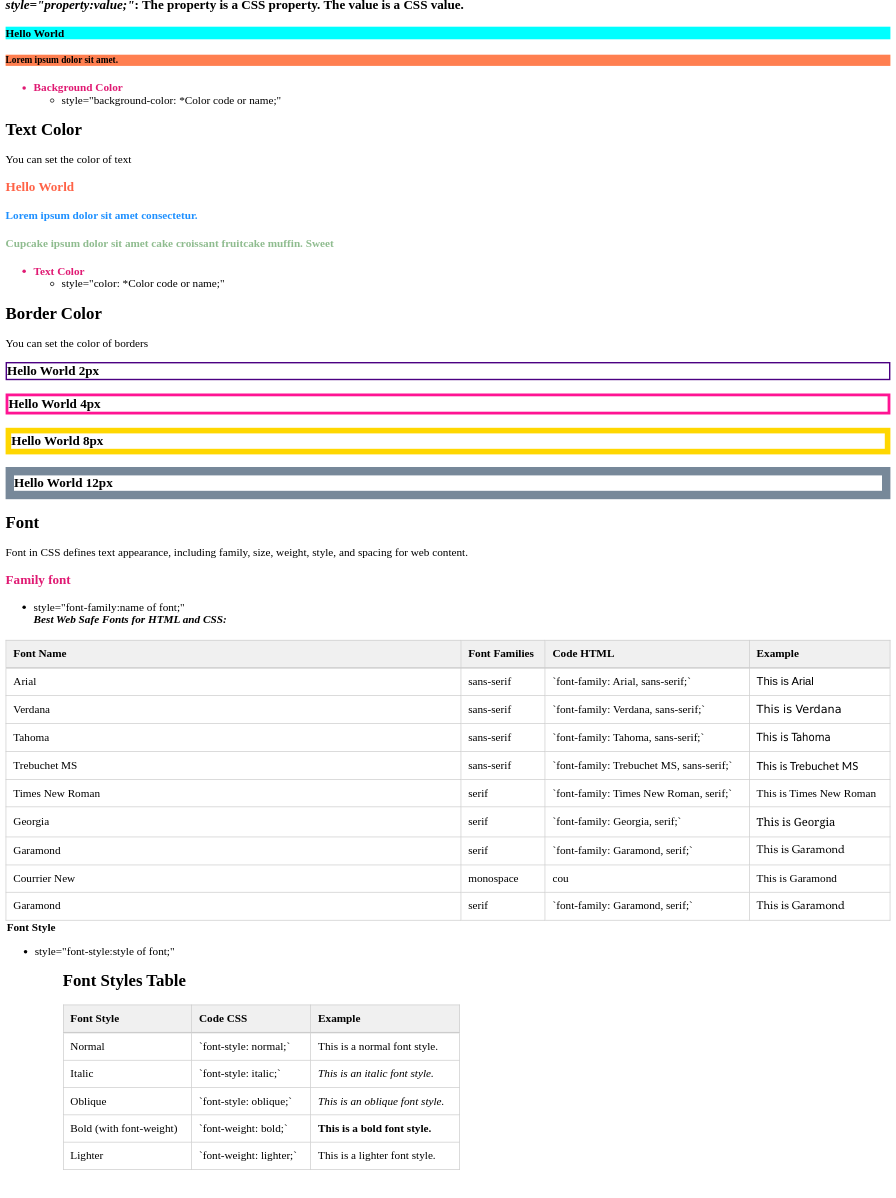
Repository: AnnaSpirit/2025_
Page: Bases/OK/HTML_Text_Formatting.html
These files come from the project's save history. The page is drawn as it stood at one moment and after a run of saves; the edit follows.
The browser window is 1280 px wide. The pictures show the part of the page from y = 2293 to 4213 px (the page is 4005 px tall before and 4213 px after), at 70% of full size.

Above is the page before, as saved 2025-01-09 16:25:56.

### Bases/OK/HTML_Text_Formatting.html
<!DOCTYPE html>
<html lang="en">

<head>
    <meta charset="UTF-8">
    <meta name="viewport" content="width=device-width, initial-scale=1.0">
    <title>HTML Text Formatting</title>
    <a href="HTML_Colors.html"></a>
</head>

<body>
    <h1>HTML contains several elements for defining text with a special meaning.</h1>
    <a href="HTML_Colors.html">
        <h2>Go Back: HTML_Colors</h2></a>
    <p>
    <ul>
        <li style="color:red;"> b< - >Bold text &#61 Strong;
            <ul>
                <li style="color:black;"><b>Bold</b> text</li>
            </ul>
        </li><br>
        <li style="color:red;"> strong< - >Important text &#61 Bold
            <ul>
                <li style="color:black;"><strong>Important</strong> text</li>
            </ul>
        </li><br>
        <li style="color:red;"> i< - >Italic text &#61 Emphasized
            <ul>
                <li style="color:black;"><i>Italic</i> text</li>
            </ul>
        </li><br>

        <li style="color:red;">em< - >Emphasized text &#61 Italic
            <ul>
                <li style="color:black;"><em>Emphasized</em> text</li>
            </ul>
        </li><br>
        <li style="color:red;"> u< - >Underlined text &#61 Inserted
            <ul>
                <li style="color:black;"><u>Underlined</u> text</li>
            </ul><br>
        <li style="color:red;">ins< - >Inserted text &#61 Underlined
            <ul>
                <li style="color:black;"><ins>Inserted</ins> text</li>
            </ul><br>
        <li style="color:red;">small< - >Smaller text
            <ul>
                <li style="color:black;"><small>Smaller</small> text</li>
            </ul>
        </li><br>
        <li style="color:red;">del< - >Deleted text &#61 Strikethrough
            <ul>
                <li style="color:black;"><del>Deleted</del> text</li>
            </ul>
        </li><br>
        <li style="color:red;">s< - >strikethrough text &#61 Deleted
            <ul>
                <li style="color:black;"><s>strikethrough</s> text</li>
            </ul>
        </li><br>
        <li style="color:red;"> mark< - >Marked text (Highlighted in yellow)
            <ul>
                <li style="color:black;"><mark>Marked</mark> text</li>
            </ul>
        </li><br>
        <li style="color:red;">sub< - >Subscript text
            <ul>
                <li style="color:black;"><sub>Subscript</sub> text</li>
            </ul>
        </li><br>
        <li style="color:red;">sup< - >Superscript text
            <ul>
                <li style="color:black;"><sup>Superscript</sup> text</li>
            </ul>
        </li>
    </ul>
    </p>
    <hr>
    <p>
    <h1>HTML Quotation and Citation Elements</h1>
    <h3>In this chapter we will go through the blockquote>,q>, abbr>, address>, cite>, and bdo> HTML elements.</h3>
    <ul>
        <li style="color:rgb(49, 169, 49);"> HTML blockquote> for Quotations
            <ul>
                <li style="color: black;">
                    <blockquote cite=" http://www.worldwildlife.org/who/index.html">For 60 years,...</blockquote>
                </li><br>
            </ul>
        <li style="color:rgb(49, 169, 49);"> HTML q> for Short Quotations
            <ul>
                <li style="color: black;"> WWF's goal is to: <q><em>Build a future where people live in harmony with
                            nature.</em></q></li>
            </ul>
        </li><br>
        <li style=" color:rgb(49, 169, 49);">HTML abbr> for Abbreviations
            <ul>
                <li style="color: black;">
                    <p>The <abbr title="World Health Organization">WHO</abbr> was founded in 1948.</p>
                </li>
            </ul>
        </li><br>
        <li style=" color:rgb(49, 169, 49);">HTML address> for Contact Information
            <ul>
                <li style="color: black;">
                    <address>
                        Written by John Doe.<br>
                        Visit us at:<br>
                        Example.com<br>
                        Box 564, Disneyland<br>
                        USA
                    </address>
                </li>
            </ul>
        </li><br>
        <li style=" color:rgb(49, 169, 49);">HTML cite> for Work Title
            <ul>
                <li style="color: black;">
                    <p><cite>The Scream</cite> by Edvard Munch. Painted in 1893.</p>
                </li>
            </ul>
        </li><br>
        <li style=" color:rgb(49, 169, 49);">HTML bdo> for Bi-Directional Override
            <ul>
                <li style="color: black;"><bdo dir="rtl">This text will be written from right to
                        left.</bdo><mark>||</mark>This text will be written from right to left.<br>
                    specific for <b>HEBREW</b> for example</li> <bdo dir="ltr">Left to Right</bdo>=
                LTR<mark>||</mark><bdo dir="rtl">Right to Left</bdo> = RTL
            </ul>
        </li>
    </ul>
    </h1>
    </p>
    <hr>
    <p>
    <h1>HTML_Colors</h1>
    <p>HTML colors are specified with predefined color names, or with RGB, HEX, HSL, RGBA, or HSLA values.</p>
    <a href="HTML_Colors.html">
        <h2>Colors Names</h2>
    </a>
    <p>In HTML, a color can be specified by using a color name</p>

    <h2>Color Values</h2>

    <p>In HTML, colors can also be specified using <b>RGB</b><sub> (value represents RED, GREEN, and BLUE light
            sources)</sub>, <b>HEX</b><sub>(hexadecimal color is specified with: #RRGGBB, where the RR (red), GG (green)
            and BB (blue) hexadecimal integers specify the components of the color.)</sub>, <b>HSL</b><sub> (stands for
            hue, saturation, and lightness.)</sub>, <b>RGBA</b><sub> (value is an extension of RGB with an Alpha channel
            (opacity)).</sub> and <b>HSLA</b><sub> (values are an extension of HSL with an Alpha channel
            (opacity)).</sub><br>

    <p>The following three elements have their background color set with RGB, HEX, and HSL values.<br>
    <h5>Ultramarine Blue</h5>
    <ul>
        <li style="background-color:rgb(77,106,255);">
            <h5>RGB (77,106,255)</h5>
        </li>
        <li style="background-color:#4D6AFF;">
            <h5>HEX #4D6AFF</h5>
        </li>
        <li style="background-color:HSL(230, 100%, 65%);">
            <h5>HSL (230, 100%, 65%)</h5>
        </li>
    </ul>
    <p>The following two elements have their background color set with RGBA and HSLA values, which add an Alpha channel
        to the color (here we have 50% and 20% transparency)</p>
    <ul>
        <li style="background-color:rgba(77,106,255, 0.5);">
            <h5>RGBA (77,106,255, 0.5) </h5>
        </li>
        <li style="background-color:HSL(230, 100%, 65%, 0.2);">
            <h5>HSLA (230, 100%, 65%, 0.2) </h5>
        </li>
    </ul>
    </p>
    <h2>Shades of Gray</h2>
    <p>Shades of gray are often defined using equal values for all three parameters: <br>
        &#9650; rgb(60, 60, 60),<br>
        &#9650; rgb(180, 180, 180)</p>

    <h2>Background Color</h2>

    <p>You can set the background color for HTML elements <br>
    <h3><em>style="property:value;"</em>: The property is a CSS property. The value is a CSS value.</h3>
    <h4 style="background-color:cyan;">Hello World</h4>
    <h5 style="background-color:Coral;">Lorem ipsum dolor sit amet.</h5>
    <ul>
        <li style="color:rgb(224, 26, 115);"><b>Background Color</b></li>
        <ul>
            <li>style="background-color: *Color code or name;"</li>
        </ul></ul>
    </p>

    <h2>Text Color</h2>

    <p>You can set the color of text <br>
    <h3 style="color:Tomato;">Hello World</h3>
    <h4 style="color:DodgerBlue;">Lorem ipsum dolor sit amet consectetur.</h4>
    <h4 style="color:DarkSeaGreen;">Cupcake ipsum dolor sit amet cake croissant fruitcake muffin. Sweet</h4>
    <ul>
        <li style="color:rgb(224, 26, 115);"><b>Text Color</b></li>
    <ul>
        <li>style="color: *Color code or name;"</li>
    </ul></ul>
    </p>

    <h2>Border Color</h2>

    <p>You can set the color of borders <br>
    <h3 style="border:2px solid indigo;">Hello World 2px</h3>
    <h3 style="border:4px solid DeepPink;">Hello World 4px</h3>
    <h3 style="border:8px solid Gold;">Hello World 8px</h3>
    <h3 style="border:12px solid LightSlateGrey;">Hello World 12px</h3>
    </p>

    <h2>Font</h2>

    <p>Font in CSS defines text appearance, including family, size, weight, style, and spacing for web content.<br>
        <h3 style="color:rgb(224, 26, 115);">Family font</font></h3>
    <ul>
        <li>style="font-family:name of font;"<br><em><b>Best Web Safe Fonts for HTML and CSS: </em></b></li>
    </ul>

    <table style="width: 100%; border-collapse: collapse; text-align: left; margin: 20px 0;">
        <thead>
            <tr style="background-color: #f0f0f0; border-bottom: 2px solid #ccc;">
                <th style="padding: 10px; border: 1px solid #ccc;">Font Name</th>
                <th style="padding: 10px; border: 1px solid #ccc;">Font Families</th>
                <th style="padding: 10px; border: 1px solid #ccc;">Code HTML</th>
                <th style="padding: 10px; border: 1px solid #ccc;">Example</th>
            </tr>
        </thead>
        <tbody>
            <tr>
                <td style="padding: 10px; border: 1px solid #ccc;">Arial</td>
                <td style="padding: 10px; border: 1px solid #ccc;">sans-serif</td>
                <td style="padding: 10px; border: 1px solid #ccc;">`font-family: Arial, sans-serif;`</td>
                <td style="padding: 10px; border: 1px solid #ccc; font-family: Arial, sans-serif;">This is Arial</td>
            </tr>
            <tr>
                <td style="padding: 10px; border: 1px solid #ccc;">Verdana</td>
                <td style="padding: 10px; border: 1px solid #ccc;">sans-serif</td>
                <td style="padding: 10px; border: 1px solid #ccc;">`font-family: Verdana, sans-serif;`</td>
                <td style="padding: 10px; border: 1px solid #ccc; font-family: Verdana, sans-serif;">This is Verdana
                </td>
            </tr>
            <tr>
                <td style="padding: 10px; border: 1px solid #ccc;">Tahoma</td>
                <td style="padding: 10px; border: 1px solid #ccc;">sans-serif</td>
                <td style="padding: 10px; border: 1px solid #ccc;">`font-family: Tahoma, sans-serif;`</td>
                <td style="padding: 10px; border: 1px solid #ccc; font-family: Tahoma, sans-serif;">This is Tahoma</td>
            </tr>
            <tr>
                <td style="padding: 10px; border: 1px solid #ccc;">Trebuchet MS</td>
                <td style="padding: 10px; border: 1px solid #ccc;">sans-serif</td>
                <td style="padding: 10px; border: 1px solid #ccc;">`font-family: Trebuchet MS, sans-serif;`</td>
                <td style="padding: 10px; border: 1px solid #ccc; font-family: 'Trebuchet MS', sans-serif;">This is
                    Trebuchet MS</td>
            </tr>
            <tr>
                <td style="padding: 10px; border: 1px solid #ccc;">Times New Roman</td>
                <td style="padding: 10px; border: 1px solid #ccc;">serif</td>
                <td style="padding: 10px; border: 1px solid #ccc;">`font-family: Times New Roman, serif;`</td>
                <td style="padding: 10px; border: 1px solid #ccc; font-family: 'Times New Roman', serif;">This is Times
                    New Roman</td>
            </tr>
            <tr>
                <td style="padding: 10px; border: 1px solid #ccc;">Georgia</td>
                <td style="padding: 10px; border: 1px solid #ccc;">serif</td>
                <td style="padding: 10px; border: 1px solid #ccc;">`font-family: Georgia, serif;`</td>
                <td style="padding: 10px; border: 1px solid #ccc; font-family: Georgia, serif;">This is Georgia</td>
            </tr>
            <tr>
                <td style="padding: 10px; border: 1px solid #ccc;">Garamond</td>
                <td style="padding: 10px; border: 1px solid #ccc;">serif</td>
                <td style="padding: 10px; border: 1px solid #ccc;">`font-family: Garamond, serif;`</td>
                <td style="padding: 10px; border: 1px solid #ccc; font-family: Garamond, serif;">This is Garamond</td>
            </tr>
            <tr>
                <td style="padding: 10px; border: 1px solid #ccc;">Courrier New</td>
                <td style="padding: 10px; border: 1px solid #ccc;">monospace</td>
                <td style="padding: 10px; border: 1px solid #ccc;"><font-family>cou</font-family>
                </td>
                <td style="padding: 10px; border: 1px solid #ccc; font-family;">This is Garamond</td>
            </tr>
            <tr>
                <td style="padding: 10px; border: 1px solid #ccc;">Garamond</td>
                <td style="padding: 10px; border: 1px solid #ccc;">serif</td>
                <td style="padding: 10px; border: 1px solid #ccc;">`font-family: Garamond, serif;`</td>
                <td style="padding: 10px; border: 1px solid #ccc; font-family: Garamond, serif;">This is Garamond</td>
            </tr>
            <tr>
                <td style="padding: 10

</p>
    <ul>
        <li style="color:rgb(224, 26, 115);"><b>Font Style</b></li>
        <ul>
            <li>style="font-style:style of font;"</li>
            <ul>
<section>
    <h2>Font Styles Table</h2>
    <table style="width: 100%; border-collapse: collapse; text-align: left; margin: 20px 0;">
        <thead>
            <tr style="background-color: #f0f0f0; border-bottom: 2px solid #ccc;">
                <th style="padding: 10px; border: 1px solid #ccc;">Font Style</th>
                <th style="padding: 10px; border: 1px solid #ccc;">Code CSS</th>
                <th style="padding: 10px; border: 1px solid #ccc;">Example</th>
            </tr>
        </thead>
        <tbody>
            <tr>
                <td style="padding: 10px; border: 1px solid #ccc;">Normal</td>
                <td style="padding: 10px; border: 1px solid #ccc;">`font-style: normal;`</td>
                <td style="padding: 10px; border: 1px solid #ccc; font-style: normal;">This is a normal font style.</td>
            </tr>
            <tr>
                <td style="padding: 10px; border: 1px solid #ccc;">Italic</td>
                <td style="padding: 10px; border: 1px solid #ccc;">`font-style: italic;`</td>
                <td style="padding: 10px; border: 1px solid #ccc; font-style: italic;">This is an italic font style.
                </td>
            </tr>
            <tr>
                <td style="padding: 10px; border: 1px solid #ccc;">Oblique</td>
                <td style="padding: 10px; border: 1px solid #ccc;">`font-style: oblique;`</td>
                <td style="padding: 10px; border: 1px solid #ccc; font-style: oblique;">This is an oblique font style.
                </td>
            </tr>
            <tr>
                <td style="padding: 10px; border: 1px solid #ccc;">Bold (with font-weight)</td>
                <td style="padding: 10px; border: 1px solid #ccc;">`font-weight: bold;`</td>
                <td style="padding: 10px; border: 1px solid #ccc; font-weight: bold;">This is a bold font style.</td>
            </tr>
            <tr>
                <td style="padding: 10px; border: 1px solid #ccc;">Lighter</td>
                <td style="padding: 10px; border: 1px solid #ccc;">`font-weight: lighter;`</td>
                <td style="padding: 10px; border: 1px solid #ccc; font-weight: lighter;">This is a lighter font style.
                </td>
            </tr>
        </tbody>
    </table>
</section>

</li>
            </ul>
        </ul>
    </p>
    </p>
</body>

</html>

After the next 2 saves:
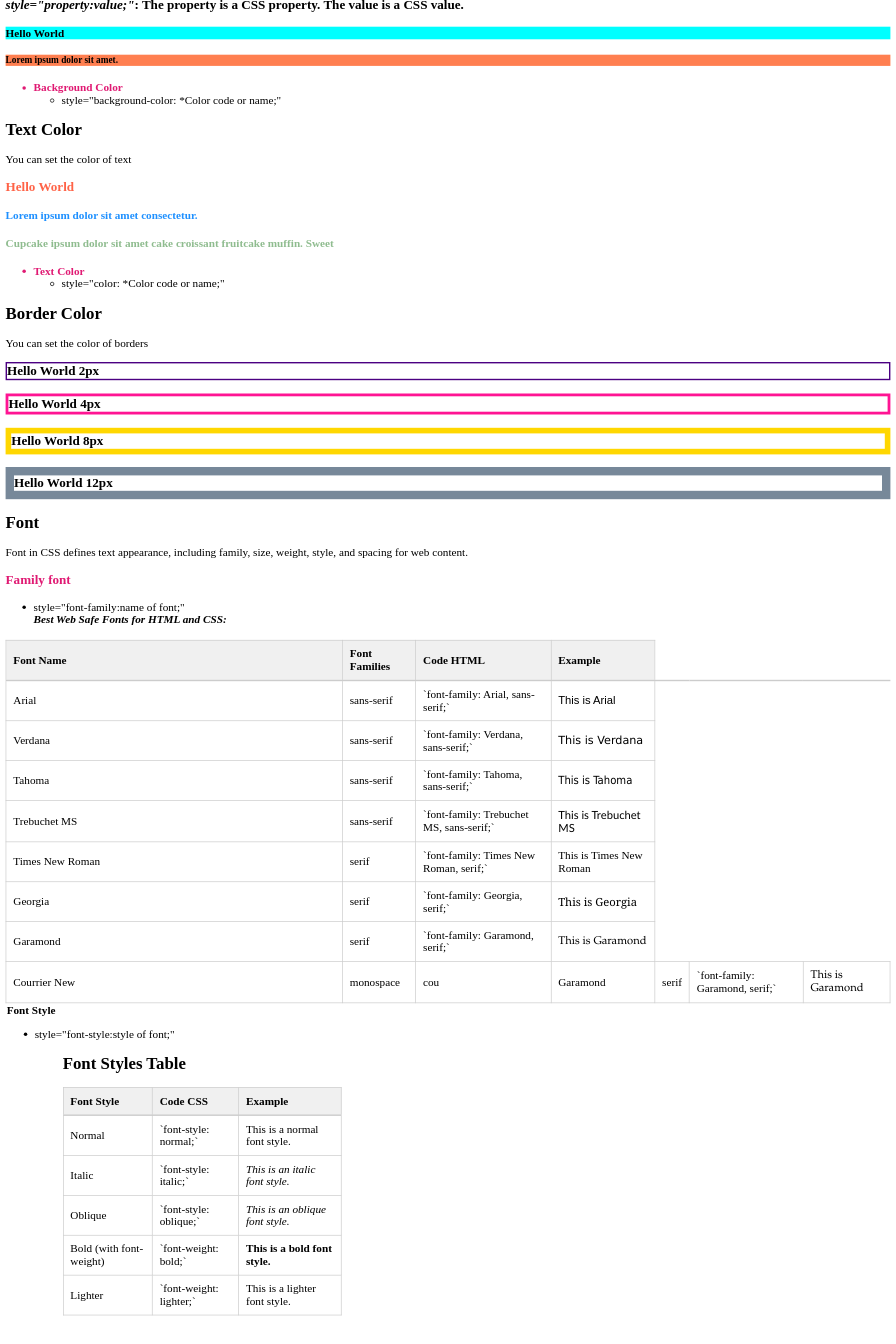
The 2 saves are shown as one change because they came seconds apart.
The last was saved 7 s later.
--- a/Bases/OK/HTML_Text_Formatting.html
+++ b/Bases/OK/HTML_Text_Formatting.html
@@ -280,7 +280,7 @@
                 <td style="padding: 10px; border: 1px solid #ccc;">monospace</td>
                 <td style="padding: 10px; border: 1px solid #ccc;"><font-family>cou</font-family>
                 </td>
-                <td style="padding: 10px; border: 1px solid #ccc; font-family;">This is Garamond</td>
+                <td style="padding: 10px; border: 1px solid #ccc; font-family >This is Garamond</td>
             </tr>
             <tr>
                 <td style="padding: 10px; border: 1px solid #ccc;">Garamond</td>
